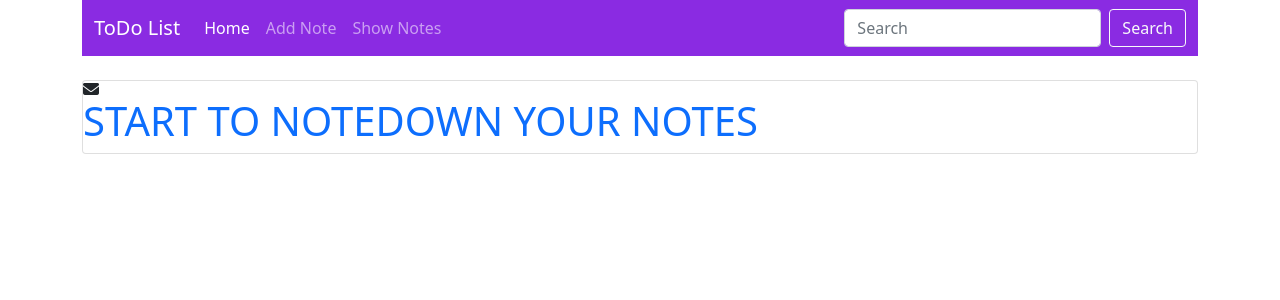
Repository: VishalSalvi17/Hibernate
Page: http://localhost/ToDoList/
These files come from the project's save history. The page is drawn as it stood at one moment and after the next save; the edit follows.
The browser window is 1280 px wide. The pictures show the whole page.
Some web libraries are served in a nearby version. The page is served by Tomcat 9.

Above is the page before, as saved 2023-03-17 06:48:57.

After the next save:
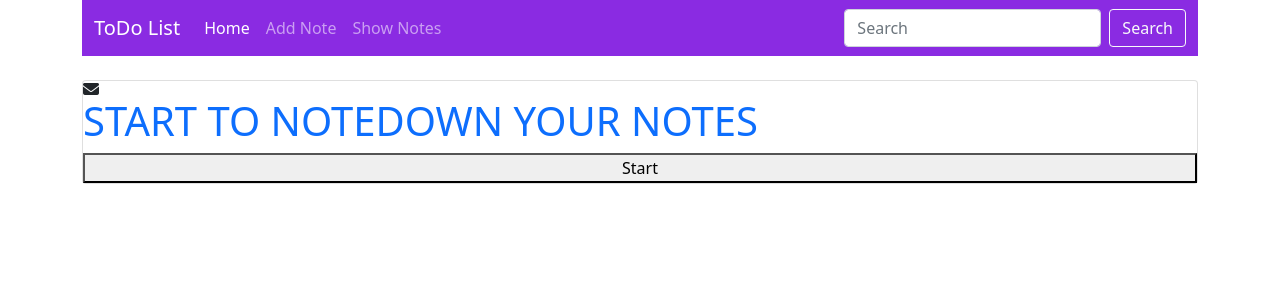
Saved 22 s later.
--- a/ToDoList/src/main/webapp/index.jsp
+++ b/ToDoList/src/main/webapp/index.jsp
@@ -20,6 +20,7 @@
 		<!-- <img alt="" src="">-->
 		<i class="fa-solid fa-envelope"></i>
 		<h1 class = "text-primary text-uppercase">Start to notedown your notes</h1>
+		<button>Start</button>
 		</div>
 	</div>
 </body>
